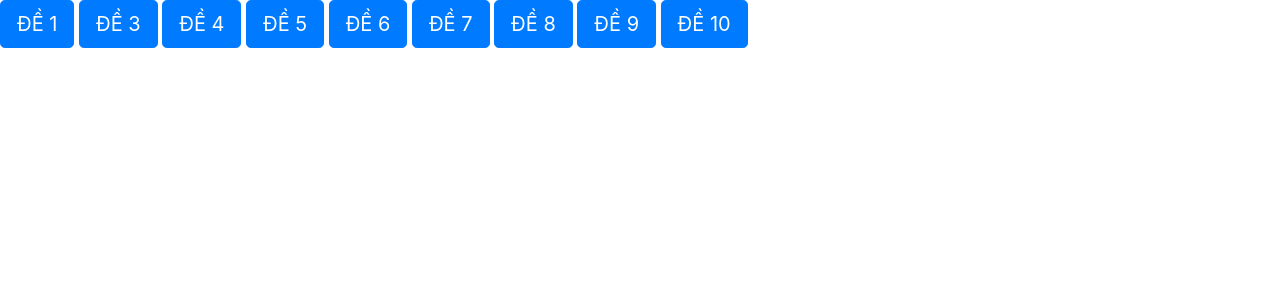
Repository: tunguyenhy222/tunguyenhy222
Page: index.html
The author's editor kept a copy of each file at every save. The page is drawn from the files as they stood at one save, then again after a run of saves.
The browser window is 1280 px wide. The pictures show the whole page.

Above is the page before, as saved 2021-08-12 21:13:12.

### index.html
<!DOCTYPE html>
<html lang="en">
  <head>
    <meta charset="UTF-8" />
    <meta http-equiv="X-UA-Compatible" content="IE=edge" />
    <meta name="viewport" content="width=device-width, initial-scale=1.0" />
    <title>Document</title>
    <script
      src="https://code.jquery.com/jquery-3.3.1.slim.min.js"
      integrity="sha384-q8i/X+965DzO0rT7abK41JStQIAqVgRVzpbzo5smXKp4YfRvH+8abtTE1Pi6jizo"
      crossorigin="anonymous"
    ></script>

    <script
      src="https://cdnjs.cloudflare.com/ajax/libs/popper.js/1.14.7/umd/popper.min.js"
      integrity="sha384-UO2eT0CpHqdSJQ6hJty5KVphtPhzWj9WO1clHTMGa3JDZwrnQq4sF86dIHNDz0W1"
      crossorigin="anonymous"
    ></script>

    <script
      src="https://stackpath.bootstrapcdn.com/bootstrap/4.3.1/js/bootstrap.min.js"
      integrity="sha384-JjSmVgyd0p3pXB1rRibZUAYoIIy6OrQ6VrjIEaFf/nJGzIxFDsf4x0xIM+B07jRM"
      crossorigin="anonymous"
    ></script>
    <link
      rel="stylesheet"
      href="https://stackpath.bootstrapcdn.com/bootstrap/4.3.1/css/bootstrap.min.css"
      integrity="sha384-ggOyR0iXCbMQv3Xipma34MD+dH/1fQ784/j6cY/iJTQUOhcWr7x9JvoRxT2MZw1T"
      crossorigin="anonymous"
    />
  </head>
  <body>
    <button type="button" class="btn btn-primary btn-lg"><a href="./de/de1.html" style="color: white;">ĐỀ 1</a></button>
    <button type="button" class="btn btn-primary btn-lg">ĐỀ 3</button>
    <button type="button" class="btn btn-primary btn-lg">ĐỀ 4</button>
    <button type="button" class="btn btn-primary btn-lg">ĐỀ 5</button>
    <button type="button" class="btn btn-primary btn-lg">ĐỀ 6</button>
    <button type="button" class="btn btn-primary btn-lg">ĐỀ 7</button>
    <button type="button" class="btn btn-primary btn-lg">ĐỀ 8</button>
    <button type="button" class="btn btn-primary btn-lg">ĐỀ 9</button>
    <button type="button" class="btn btn-primary btn-lg">ĐỀ 10</button>
  </body>
</html>

After the next 8 saves:
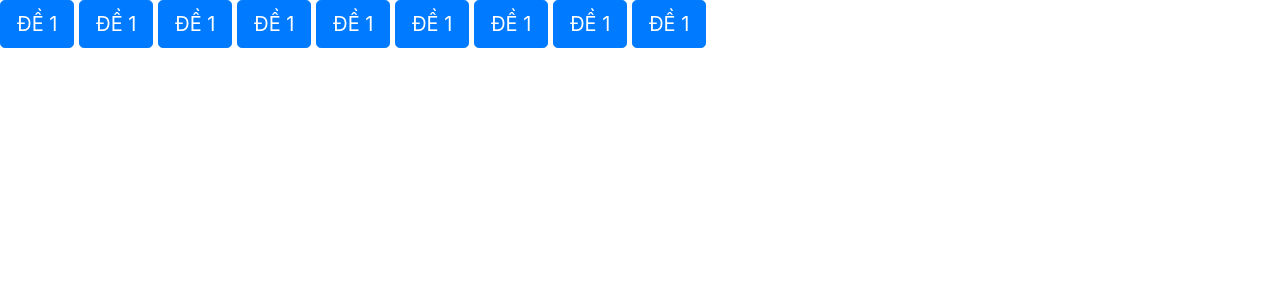
The 8 saves are shown as one change because they came seconds apart.
The last was saved 43 s later.
--- a/index.html
+++ b/index.html
@@ -31,13 +31,13 @@
   </head>
   <body>
     <button type="button" class="btn btn-primary btn-lg"><a href="./de/de1.html" style="color: white;">ĐỀ 1</a></button>
-    <button type="button" class="btn btn-primary btn-lg">ĐỀ 3</button>
-    <button type="button" class="btn btn-primary btn-lg">ĐỀ 4</button>
-    <button type="button" class="btn btn-primary btn-lg">ĐỀ 5</button>
-    <button type="button" class="btn btn-primary btn-lg">ĐỀ 6</button>
-    <button type="button" class="btn btn-primary btn-lg">ĐỀ 7</button>
-    <button type="button" class="btn btn-primary btn-lg">ĐỀ 8</button>
-    <button type="button" class="btn btn-primary btn-lg">ĐỀ 9</button>
-    <button type="button" class="btn btn-primary btn-lg">ĐỀ 10</button>
+    <button type="button" class="btn btn-primary btn-lg"><a href="./de/de1.html" style="color: white;">ĐỀ 1</a></button>
+    <button type="button" class="btn btn-primary btn-lg"><a href="./de/de1.html" style="color: white;">ĐỀ 1</a></button>
+    <button type="button" class="btn btn-primary btn-lg"><a href="./de/de1.html" style="color: white;">ĐỀ 1</a></button>
+    <button type="button" class="btn btn-primary btn-lg"><a href="./de/de1.html" style="color: white;">ĐỀ 1</a></button>
+    <button type="button" class="btn btn-primary btn-lg"><a href="./de/de1.html" style="color: white;">ĐỀ 1</a></button>
+    <button type="button" class="btn btn-primary btn-lg"><a href="./de/de1.html" style="color: white;">ĐỀ 1</a></button>
+    <button type="button" class="btn btn-primary btn-lg"><a href="./de/de1.html" style="color: white;">ĐỀ 1</a></button>
+    <button type="button" class="btn btn-primary btn-lg"><a href="./de/de1.html" style="color: white;">ĐỀ 1</a></button>
   </body>
 </html>
